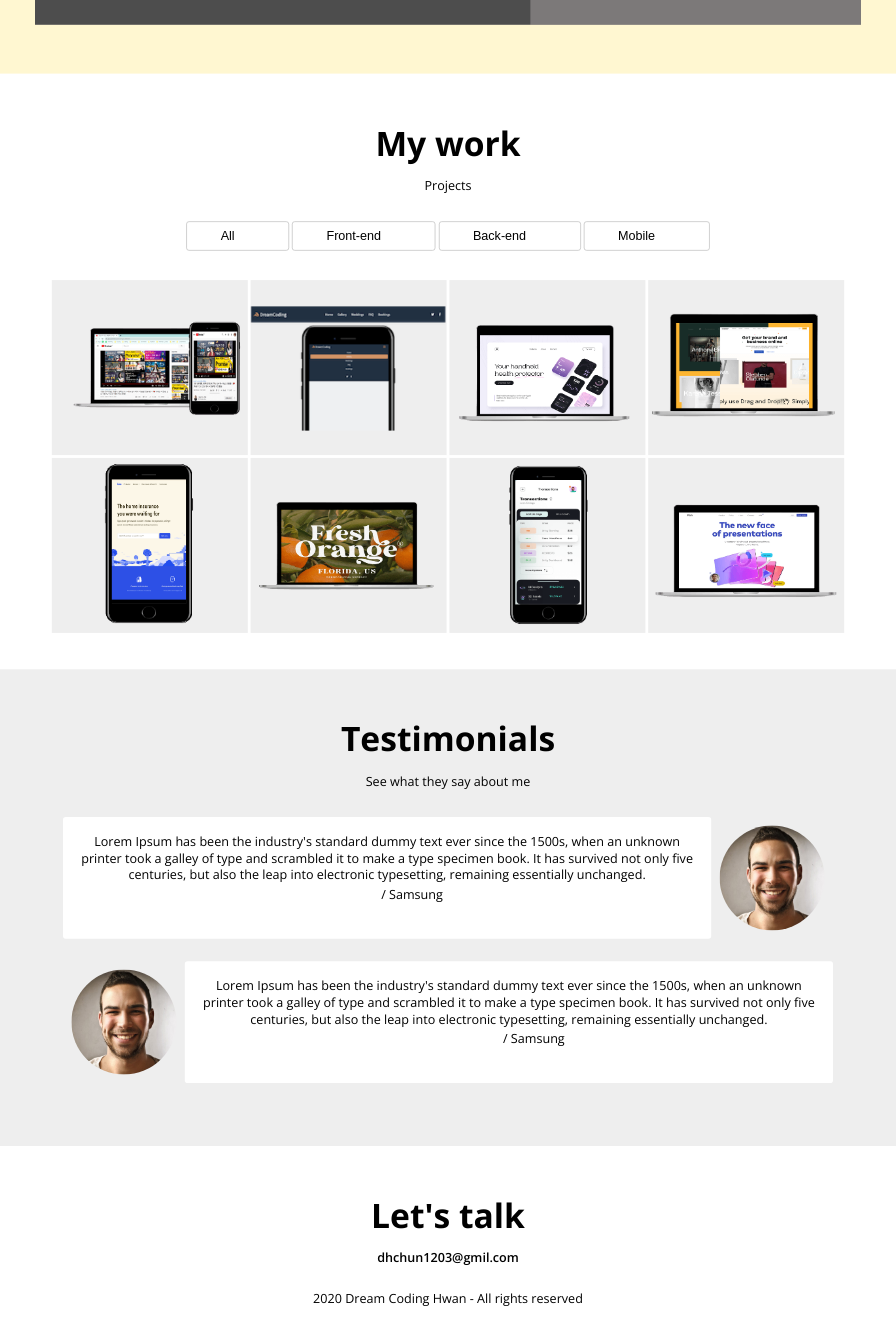
Repository: dhchun1203/Portfolio
Page: index.html
These files come from the project's save history. The page is drawn as it stood at one moment and after the next save; the edit follows.
The browser window is 1280 px wide. The pictures show the part of the page from y = 2143 to 4063 px (the page is 4063 px tall before and 4015 px after), at 70% of full size.
Some web libraries are served in a nearby version.

Above is the page before, as saved 2020-12-08 17:12:44.

### index.html
<!DOCTYPE html>
<html lang="en">
	<head>
		<meta charset="UTF-8" />
		<meta name="viewport" content="width=device-width, initial-scale=1.0" />
		<title>Hwan's Portfolio</title>
		<meta
			name="description"
			content="portfolio for world-renowned software engineer Hwan"
		/>
		<meta name="author" content="Hwan" />
		<link rel="icon" type="image/png" href="imgs/favicon.png" />
		<script
			src="https://kit.fontawesome.com/8b98a99811.js"
			crossorigin="anonymous"
		></script>
		<link rel="preconnect" href="https://fonts.gstatic.com" />
		<link
			href="https://fonts.googleapis.com/css2?family=Open+Sans:wght@400;600;700&display=swap"
			rel="stylesheet"
		/>
		<link rel="stylesheet" href="style.css" />
		<script src="main.js" defer></script>
	</head>
	<body>
		<!-- Navbar -->
		<nav id="navbar">
			<div class="navbar__logo">
				<i class="fab fa-diaspora"></i>
				<a href="#">Hwan</a>
			</div>
			<div class="navbar__menu">
				<ul class="navbar__menu">
					<li class="navbar__menu__item active">Home</li>
					<li class="navbar__menu__item">About</li>
					<li class="navbar__menu__item">Skills</li>
					<li class="navbar__menu__item">My work</li>
					<li class="navbar__menu__item">Testimonial</li>
					<li class="navbar__menu__item">Contact</li>
				</ul>
			</div>
		</nav>
		<!-- Home -->
		<section id="home">
			<img class="home__avatar" src="imgs/profile.jpg" alt="profile" />

			<h1 class="home__title">Hello, <br />Let me introduce myself!</h1>

			<h2 class="home__description">
				A frontend Developer currently residing in Yongin, South Korea.
			</h2>
			<button class="home__contact">CONTACT ME</button>
		</section>
		<!-- About -->
		<section id="about" class="section section__container">
			<h1>About me</h1>
			<p>
				자기소개 Lorem Ipsum is simply dummy text of the printing and
				typesetting industry. Lorem Ipsum has been the industry's standard dummy
				text ever since the 1500s, when an unknown printer took a galley of type
				and scrambled it to make a type specimen book. It has survived not only
				five centuries, but also the leap into electronic typesetting, remaining
				essentially unchanged. It was popularised in the 1960s with the release
				of Letraset sheets containing Lorem Ipsum passages, and more recently
				with desktop publishing software like Aldus PageMaker including versions
				of Lorem Ipsum.
			</p>
			<div class="about__majors">
				<div class="major">
					<div class="major__icon"><i class="fab fa-html5"></i></div>
					<h2 class="major__title">HTML</h2>
					<div class="major__description">html</div>
				</div>
				<div class="major">
					<div class="major__icon"><i class="fab fa-css3-alt"></i></div>
					<h2 class="major__title">CSS</h2>
					<div class="major__description">css</div>
				</div>
				<div class="major">
					<div class="major__icon"><i class="fab fa-js"></i></div>
					<h2 class="major__title">JavaScript</h2>
					<div class="major__description">javascript</div>
				</div>
			</div>
			<!-- <div class="about__spec">
				<div class="about__spec__item">
					<img src="" alt="HtmlImage" />
					<h3>HTML</h3>
					<p>html</p>
				</div>
				<div class="about__spec__item">
					<img src="" alt="CssImage" />
					<h3>CSS</h3>
					<p>css</p>
				</div>
				<div class="about__spec__item">
					<img src="" alt="JavaScriptImage" />
					<h3>JavaScript</h3>
					<p>javascript</p>
				</div>
			</div> -->
			<div class="about__jobs">
				<div class="job">
					<img
						src="imgs/jobs/nciaedu_logo.png"
						alt="ncia logo"
						class="job__logo"
					/>
					<div class="job__description">
						<p class="job__name">blablalblablablalblablablalblablablalbla</p>
						<p class="job__period">2017-2018</p>
					</div>
				</div>
				<div class="job">
					<img
						src="imgs/jobs/nciaedu_logo.png"
						alt="ncia logo"
						class="job__logo"
					/>
					<div class="job__description">
						<p class="job__name">blablalblablablalblablablalblablablalbla</p>
						<p class="job__period">2017-2018</p>
					</div>
				</div>
			</div>
			<!-- <div class="career">
				<div class="career__item">
					<img class="career__image" src="" alt="career image" />
					<p>what's my career</p>
				</div>
				<div class="career__item">
					<img class="career__image" src="" alt="career image" />
					<p>what's my career</p>
				</div>
			</div> -->
		</section>
		<!-- Skills -->
		<section id="skills" class="section">
			<div class="section__container">
				<h1>Skills</h1>
				<h2>Skills & Attributes</h2>
				<p>
					Experience with all phases of the software life-cycle. Passion for
					learning new technologies. Capable of working within a team enviroment
					and independently. Ability to plan and time schedule, work under
					strict time pressure and adapt quickly when needed.
				</p>
				<div class="skillset">
					<div class="skillset__left">
						<h3 class="skillset__title">Skills</h3>
						<div class="skill">
							<div class="skill__description">
								<span>HTML</span>
								<span>99%</span>
							</div>
							<div class="skill__bar">
								<div class="skill__value" style="width: 99%"></div>
							</div>
						</div>
						<div class="skill">
							<div class="skill__description">
								<span>CSS</span>
								<span>80%</span>
							</div>
							<div class="skill__bar">
								<div class="skill__value" style="width: 80%"></div>
							</div>
						</div>
						<div class="skill">
							<div class="skill__description">
								<span>JavaScript</span>
								<span>90%</span>
							</div>
							<div class="skill__bar">
								<div class="skill__value" style="width: 90%"></div>
							</div>
						</div>
						<div class="skill">
							<div class="skill__description">
								<span>TypeScript</span>
								<span>80%</span>
							</div>
							<div class="skill__bar">
								<div class="skill__value" style="width: 80%"></div>
							</div>
						</div>
						<div class="skill">
							<div class="skill__description">
								<span>React</span>
								<span>80%</span>
							</div>
							<div class="skill__bar">
								<div class="skill__value" style="width: 80%"></div>
							</div>
						</div>
					</div>
					<div class="skillset__right">
						<div class="tools">
							<h3 class="skillset__title">Tools</h3>
							<ul class="tools__list">
								<li><span>Visual Studio Code</span></li>
								<li><span>Eclipse</span></li>
								<li><span>Team Foundation Server</span></li>
								<li><span>etc..</span></li>
								<li><span>etc..</span></li>
							</ul>
						</div>
						<div class="etc">
							<h3 class="skillset__title">Etc</h3>
							<ul class="etc__list">
								<li><span>Git</span></li>
								<li><span>Slack</span></li>
								<li><span>etc..</span></li>
							</ul>
						</div>
					</div>
				</div>
			</div>
		</section>
		<!-- Work -->
		<section id="work" class="section">
			<div class="section__container">
				<h1>My work</h1>
				<h3>Projects</h3>
				<div class="work__categories">
					<button class="category__btn selected" data-filter="*">
						All <span class="category__count">8</span>
					</button>
					<button class="category__btn" data-filter="front-end">
						Front-end <span class="category__count">3</span>
					</button>
					<button class="category__btn" data-filter="back-end">
						Back-end <span class="category__count">3</span>
					</button>
					<button class="category__btn" data-filter="mobile">
						Mobile <span class="category__count">2</span>
					</button>
				</div>
				<div class="work__projects">
					<a
						href="https://github.com/dhchun1203/DreamCoding_youtube-project"
						class="project"
						data-type="front-end"
						target="blank"
					>
						<img
							src="imgs/projects/project1.png"
							alt="youtube project thumbnail"
							class="project__img"
						/>
						<div class="project__description">
							<!--마우스를 올렸을 때 표시될 내용-->
							<h3>Youtube Site</h3>
							<span>Clone coding with HTML and CSS</span>
						</div>
					</a>
					<a
						href="https://github.com/dhchun1203/DreamCoding_youtube-project"
						class="project"
						data-type="front-end"
						target="blank"
					>
						<img
							src="imgs/projects/project2.png"
							alt="youtube project thumbnail"
							class="project__img"
						/>
						<div class="project__description">
							<h3>Project2</h3>
							<span>Fill in your own project</span>
						</div>
					</a>
					<a
						href="https://github.com/dhchun1203/DreamCoding_youtube-project"
						class="project"
						data-type="front-end"
						target="blank"
					>
						<img
							src="imgs/projects/project3.png"
							alt="youtube project thumbnail"
							class="project__img"
						/>
						<div class="project__description">
							<h3>Project3</h3>
							<span>Fill in your own project</span>
						</div>
					</a>
					<a
						href="https://github.com/dhchun1203/DreamCoding_youtube-project"
						class="project"
						data-type="back-end"
						target="blank"
					>
						<img
							src="imgs/projects/project4.png"
							alt="youtube project thumbnail"
							class="project__img"
						/>
						<div class="project__description">
							<h3>Project4</h3>
							<span>Fill in your own project</span>
						</div>
					</a>
					<a
						href="https://github.com/dhchun1203/DreamCoding_youtube-project"
						class="project"
						data-type="back-end"
						target="blank"
					>
						<img
							src="imgs/projects/project5.png"
							alt="youtube project thumbnail"
							class="project__img"
						/>
						<div class="project__description">
							<h3>Project5</h3>
							<span>Fill in your own project</span>
						</div>
					</a>
					<a
						href="https://github.com/dhchun1203/DreamCoding_youtube-project"
						class="project"
						data-type="mobile"
						target="blank"
					>
						<img
							src="imgs/projects/project6.png"
							alt="youtube project thumbnail"
							class="project__img"
						/>
						<div class="project__description">
							<h3>Project6</h3>
							<span>Fill in your own project</span>
						</div>
					</a>
					<a
						href="https://github.com/dhchun1203/DreamCoding_youtube-project"
						class="project"
						data-type="mobile"
						target="blank"
					>
						<img
							src="imgs/projects/project7.png"
							alt="youtube project thumbnail"
							class="project__img"
						/>
						<div class="project__description">
							<h3>Project7</h3>
							<span>Fill in your own project</span>
						</div>
					</a>
					<a
						href="https://github.com/dhchun1203/DreamCoding_youtube-project"
						class="project"
						data-type="mobile"
						target="blank"
					>
						<img
							src="imgs/projects/project8.png"
							alt="youtube project thumbnail"
							class="project__img"
						/>
						<div class="project__description">
							<h3>Project8</h3>
							<span>Fill in your own project</span>
						</div>
					</a>
				</div>
			</div>
		</section>
		<!-- Testimonial -->
		<section id="testimonials" class="section">
			<h1>Testimonials</h1>
			<h3>See what they say about me</h3>
			<div class="testimonials">
				<div class="testimonial">
					<div class="testimonial__speech-bubble">
						<p>
							Lorem Ipsum has been the industry's standard dummy text ever since
							the 1500s, when an unknown printer took a galley of type and
							scrambled it to make a type specimen book. It has survived not
							only five centuries, but also the leap into electronic
							typesetting, remaining essentially unchanged.
						</p>
						<p class="name"><a href="">Sung jin</a> / Samsung</p>
					</div>
					<img
						src="imgs/testimonial/people1.jpg"
						alt="People"
						class="testimonial__avatar"
					/>
				</div>
				<div class="testimonial">
					<img
						src="imgs/testimonial/people1.jpg"
						alt="People"
						class="testimonial__avatar"
					/>
					<div class="testimonial__speech-bubble">
						<p>
							Lorem Ipsum has been the industry's standard dummy text ever since
							the 1500s, when an unknown printer took a galley of type and
							scrambled it to make a type specimen book. It has survived not
							only five centuries, but also the leap into electronic
							typesetting, remaining essentially unchanged.
						</p>
						<p class="name"><a href="">Sung jin</a> / Samsung</p>
					</div>
				</div>
			</div>
		</section>
		<!-- Contact -->
		<section id="contact" class="section">
			<h1 class="contact__title">Let's talk</h1>
			<h2 class="contact__email">dhchun1203@gmil.com</h2>
			<div class="contact__links">
				<a href="https://github.com/dhchun1203">
					<i class="fab fa-github"></i>
				</a>
				<a href="https://www.facebook.com/profile.php?id=100010406657545">
					<i class="fab fa-facebook"></i>
				</a>
			</div>
			<p class="contact__rights">
				2020 Dream Coding Hwan - All rights reserved
			</p>
		</section>
	</body>
</html>

### style.css
/* Global */
:root {
	/* Color */
	--color-white: #ffffff;
	--color-light-white: #eeeeee;
	--color-dark-white: #bdbdbd;
	--color-pink: #fe918d;
	--color-dark-pink: #ff6863;
	--color-dark-grey: #4d4d4d;
	--color-grey: #616161;
	--color-light-grey: #7c7979;
	--color-blue: #73aace;
	--color-yellow: #fff7d1;
	--color-orange: #feb546;
	--color-black: #000000;
	/* Font size */
	--font-large: 48px;
	--font-medium: 28px;
	--font-regular: 18px;
	--font-small: 16px;
	--font-micro: 14px;
	/* Font weight */
	--weight-bold: 700;
	--weight-semi-bold: 600;
	--weight-regular: 400;
	/* Size */
	--size-border-radius: 4px;

	/* Animation */
	--animation-duration: 300ms;
}

/* Universal tags */
* {
	box-sizing: border-box;
}

body {
	margin: 0;
	font-family: "Open Sans", sans-serif;
	cursor: default;
}

a {
	text-decoration: none;
	color: var(--color-white);
}

ul {
	padding-left: 0;
}

li {
	list-style: none;
}

button {
	background-color: transparent;
	cursor: pointer;
	border: none;
	outline: none;
}
/* Typography(header) */
h1 {
	font-size: var(--font-large);
	font-weight: var(--weight-bold);
	color: var(--color-black);
	margin: 16px 0;
}

h2 {
	font-size: var(--font-regular);
	font-weight: var(--weight-semi-bold);
	color: var(--color-black);
	margin: 8px 0;
}

h3 {
	font-size: var(--font-regular);
	font-weight: var(--font-regular);
	color: var(--color-black);
	margin: 8px 0;
}

p {
	font-size: var(--font-regular);
	font-weight: var(--font-regular);
	color: var(--color-black);
	margin: 4px 0;
}
/* Navbar */
#navbar {
	display: flex;
	justify-content: space-between;
	align-items: center;
	background-color: var(--color-pink);
	color: var(--color-white);
	padding: 16px;
}
.navbar__menu {
	display: flex;
}
.navbar__logo {
	font-size: var(--font-medium);
	font-weight: var(--weight-semi-bold);
}
.navbar__menu__item {
	padding: 8px 12px;
	margin: 0 4px;
	cursor: pointer;
	border-radius: var(--size-border-radius);
}
.navbar__menu__item.active {
	border: 1px solid var(--color-white);
	border-radius: var(--size-border-radius);
}
.navbar__menu__item:hover {
	background-color: var(--color-dark-pink);
}
/* Home */
#home {
	background: url("imgs/home-background.png.png") center/cover no-repeat;
	padding: 40px;
	text-align: center;
}
.home__avatar {
	width: 200px;
	height: 250px;
	border-radius: 50%;
	border: 2px solid var(--color-light-white);
}

.home__title,
.home__description {
	color: var(--color-white);
}
.home__contact {
	color: var(--color-white);
	font-size: var(--font-regular);
	font-weight: var(--weight-bold);
	margin: 24px;
	padding: 8px 12px;
	border: 2px solid var(--color-white);
	border-radius: var(--size-border-radius);
}
/* Section common */
.section {
	text-align: center;
	padding: 50px;
	margin: auto;
}

.section__container {
	max-width: 1200px;
	margin: auto;
}
/* About */
.about__majors {
	display: flex;
	justify-content: space-between;
	margin: 80px 0;
}

.major__icon {
	width: 170px;
	height: 170px;
	font-size: 70px;
	line-height: 170px;
	margin: auto;
	border: 1px solid var(--color-blue);
	border-radius: 50%;
	margin-bottom: 16px;
	color: var(--color-blue);
}
.major__icon i {
	transition: all var(--animation-duration) ease;
}
.major__icon:hover i {
	color: var(--color-pink);
	transform: rotate(-30deg) scale(1.1);
	/* transition-duration: 2s; */
}
.major__title,
.major__description {
	color: var(--color-dark-grey);
}

.major__description {
	font-size: var(--font-small);
}

.job {
	display: flex;
	align-items: center;
}

.job__description {
	margin: 0 16px;
	text-align: left;
}

.job__name,
.job__period {
	color: var(--color-light-grey);
}

.job__name {
	font-size: var(--font-small);
}
.job__period {
	font-size: var(--font-micro);
}

/* Skill */

#skills {
	background-color: var(--color-yellow);
}

.skillset {
	color: var(--color-light-white);
	display: flex;
	background-color: var(--color-light-grey);
	margin: 20px 0;
}
.skillset__title {
	color: var(--color-white);
}
.skillset__left {
	flex-basis: 60%;
	background-color: var(--color-dark-grey);
	padding: 20px 40px;
}
.skill {
	margin-bottom: 32px;
}
.skill__description {
	display: flex;
	justify-content: space-between;
}
.skill__bar {
	width: 100%;
	height: 3px;
	background-color: var(--color-grey);
}
.skill__value {
	height: 3px;
	background-color: var(--color-orange);
}
.skillset__right {
	flex-basis: 40%;
}
.tools {
	background-color: var(--color-grey);
}
.tools,
.etc {
	padding: 20px;
}
.etc {
	background-color: var(--color-light-grey);
}
/* Work */

.work__categories {
	margin: 40px;
}

.category__btn {
	border: 1px solid var(--color-dark-white);
	border-radius: var(--size-border-radius);
	font-size: var(--font-regular);
	padding: 8px 48px;
}

.category__btn.active,
.category__btn:hover {
	background-color: var(--color-pink);
	color: var(--color-white);
}

.category__btn.active .category__count,
.category__btn:hover .category__count {
	opacity: 1;
	top: 0;
}

.category__count {
	background-color: var(--color-orange);
	border-radius: 50%;
	color: var(--color-white);
	width: 24px;
	height: 24px;
	line-height: 24px;
	display: inline-block;
	position: relative;
	top: -20px;
	left: 4px;
	opacity: 0;
	transition: all var(--animation-duration) ease-in;
}

.work__projects {
	display: flex;
	flex-wrap: wrap;
	justify-content: center;
}

.project {
	position: relative;
	display: flex;
	justify-content: center;
	align-items: center;
	width: 280px;
	height: 250px;
	margin: 2px;
	background-color: var(--color-light-white);
}

.project__img {
	max-width: 100%;
	max-height: 100%;
	align-self: center;
}

.project__description {
	position: absolute;
	background-color: black;
	display: flex;
	flex-direction: column;
	justify-content: center;
	width: 100%;
	height: 100%;
	top: 0;
	left: 0;
	opacity: 0;
	transform: translateY(10px);
	transition: all var(--animation-duration) ease-in;
}

.project:hover .project__description {
	opacity: 0.8;
	transform: translateY(0px);
}

.project__description h3 {
	color: var(--color-white);
}

.project__description h3:after {
	content: "";
	display: block;
	position: relative;
	left: 50%;
	width: 25px;
	height: 2px;
	margin-left: -12px;
	margin-top: 8px;
	background-color: var(--color-dark-white);
}

/* Testimonial */
#testimonials {
	background-color: var(--color-light-white);
}
.testimonials {
	margin: 40px;
}
.testimonial {
	display: flex;
	margin: 32px 0;
}
.testimonial__avatar {
	width: 150px;
	height: 150px;
	border-radius: 50%;
	margin: 12px;
}
.testimonial__speech-bubble {
	padding: 18px;
	background-color: var(--color-white);
	border-radius: var(--size-border-radius);
}

Loaded but not shown: main.js (no copy from this time; the picture is the same without it)

After the next save:
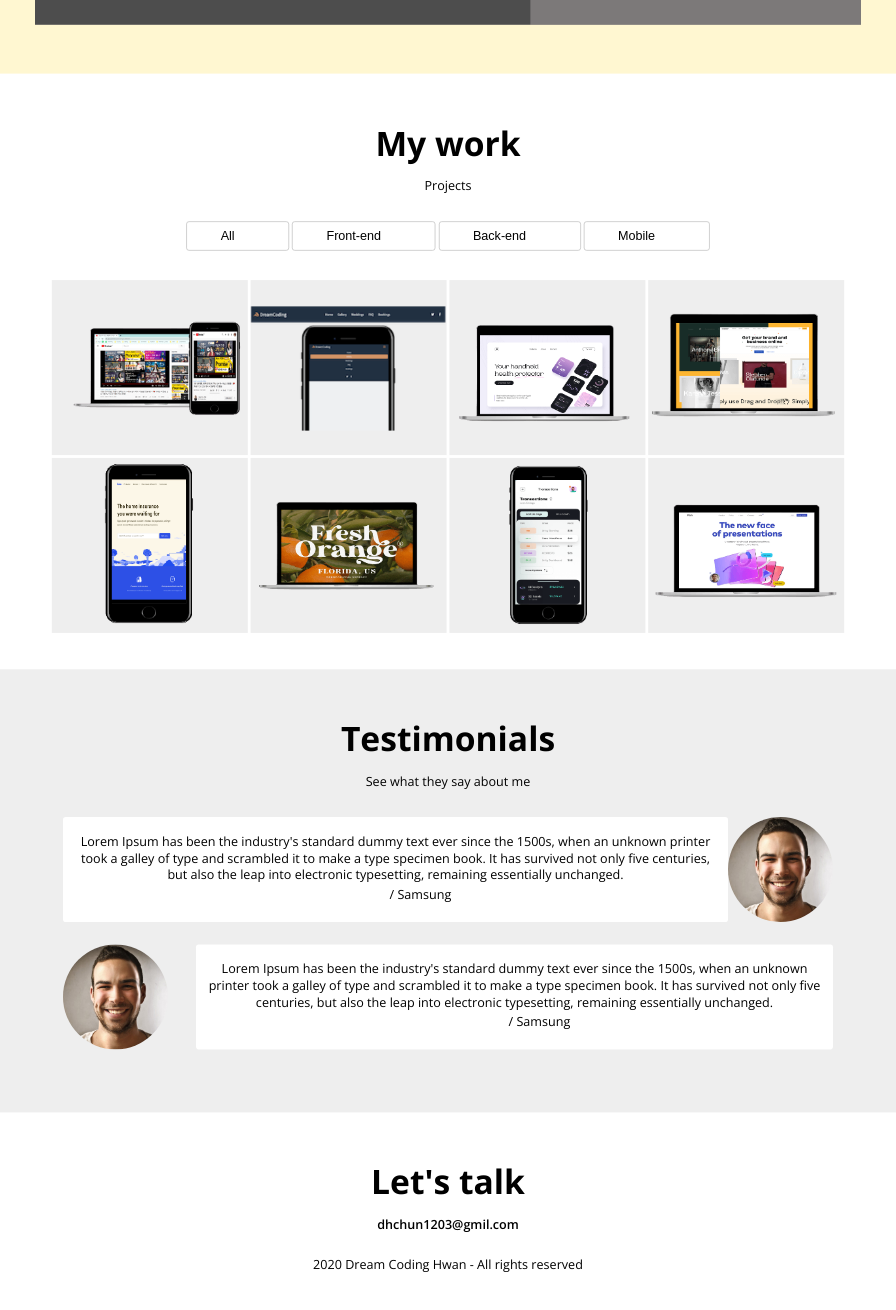
Saved 63 s later.
--- a/style.css
+++ b/style.css
@@ -374,7 +374,10 @@
 	width: 150px;
 	height: 150px;
 	border-radius: 50%;
-	margin: 12px;
+}
+
+.testimonial__avatar:nth-child(odd) {
+	margin-right: 40px;
 }
 .testimonial__speech-bubble {
 	padding: 18px;
